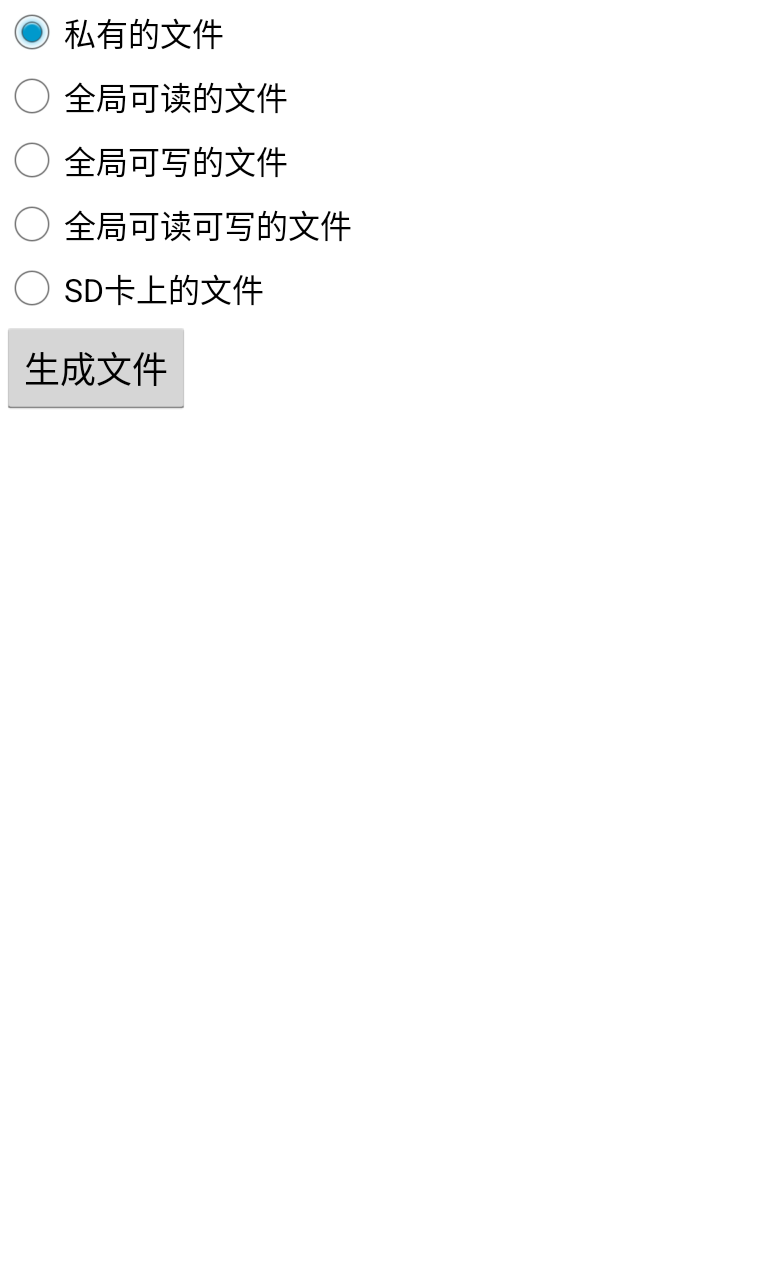
Repository: qq839924354/day01
Layout: day02/code/TestMode/res/layout/activity_main.xml
These files come from the project's save history. The layout is drawn as it stood at one moment and after the next save; the edit follows.
It is drawn on a 768 x 1280 px phone screen (xhdpi) without system bars, with theme AppTheme; the app's code is not run.

Above is the layout before, as saved 2013-03-01 08:42:19.

### day02/code/TestMode/res/layout/activity_main.xml
<LinearLayout xmlns:android="http://schemas.android.com/apk/res/android"
    xmlns:tools="http://schemas.android.com/tools"
    android:layout_width="match_parent"
    android:layout_height="match_parent"
    android:orientation="vertical"
    tools:context=".MainActivity" >

    <RadioGroup
        android:id="@+id/rg"
        android:layout_width="wrap_content"
        android:layout_height="wrap_content" >

        <RadioButton
            android:id="@+id/rb_private"
            android:layout_width="wrap_content"
            android:layout_height="wrap_content"
            android:checked="true"
            android:text="私有的文件" />

        <RadioButton
            android:id="@+id/rb_readable"
            android:layout_width="wrap_content"
            android:layout_height="wrap_content"
            android:text="全局可读的文件" />

        <RadioButton
            android:id="@+id/rb_writeable"
            android:layout_width="wrap_content"
            android:layout_height="wrap_content"
            android:text="全局可写的文件" />

        <RadioButton
            android:id="@+id/rb_all"
            android:layout_width="wrap_content"
            android:layout_height="wrap_content"
            android:text="全局可读可写的文件" />

        <RadioButton
            android:id="@+id/rb_sd"
            android:layout_width="wrap_content"
            android:layout_height="wrap_content"
            android:text="SD卡上的文件" />
    </RadioGroup>

    <Button
		android:onClick="generateFile"
        android:layout_width="wrap_content"
        android:layout_height="wrap_content"
        android:text="生成文件" />

</LinearLayout>

Loaded but not shown: day02/code/TestMode/res/values/styles.xml (common file); day02/code/TestMode/res/values-v11/styles.xml (common file); day02/code/TestMode/res/values-v14/styles.xml (common file)

After the next save:
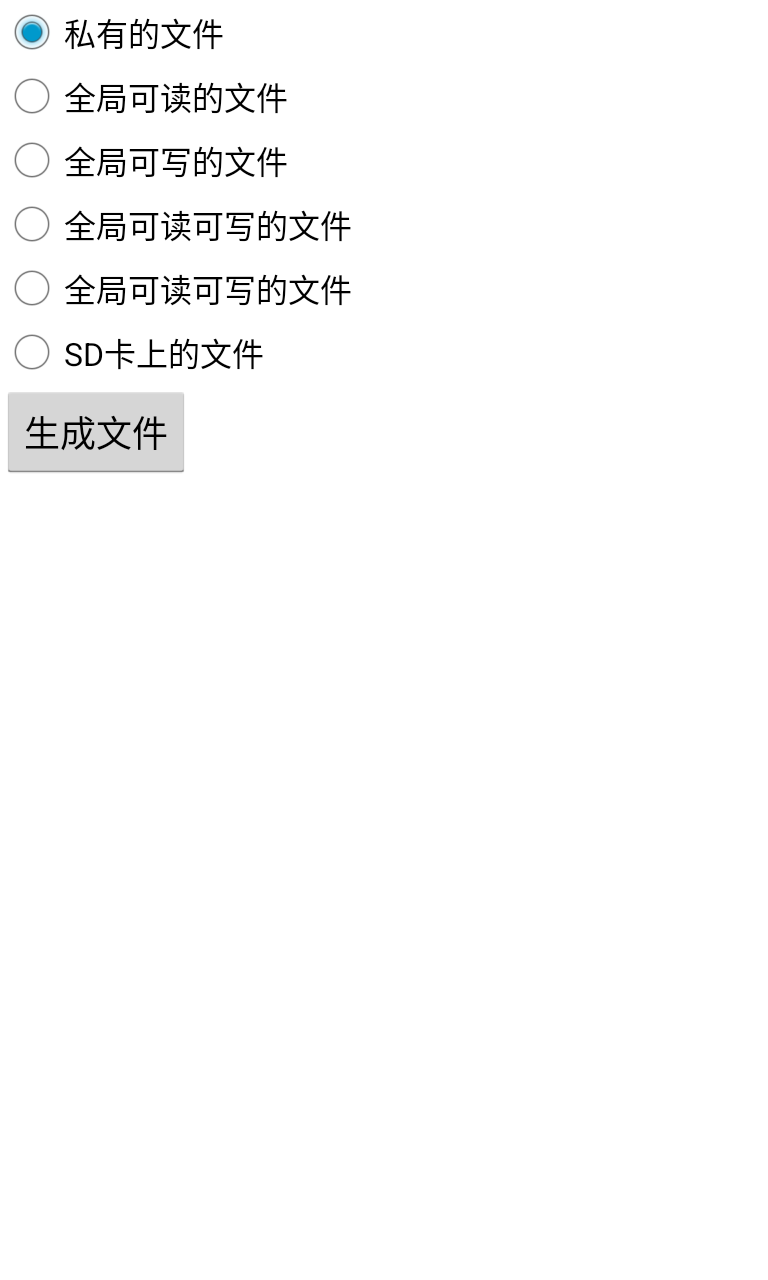
Saved 4 min 31 s later.
--- a/day02/code/TestMode/res/layout/activity_main.xml
+++ b/day02/code/TestMode/res/layout/activity_main.xml
@@ -35,6 +35,13 @@
             android:layout_height="wrap_content"
             android:text="全局可读可写的文件" />
 
+
+          <RadioButton
+            android:id="@+id/rb_append"
+            android:layout_width="wrap_content"
+            android:layout_height="wrap_content"
+            android:text="全局可读可写的文件" />
+
         <RadioButton
             android:id="@+id/rb_sd"
             android:layout_width="wrap_content"
